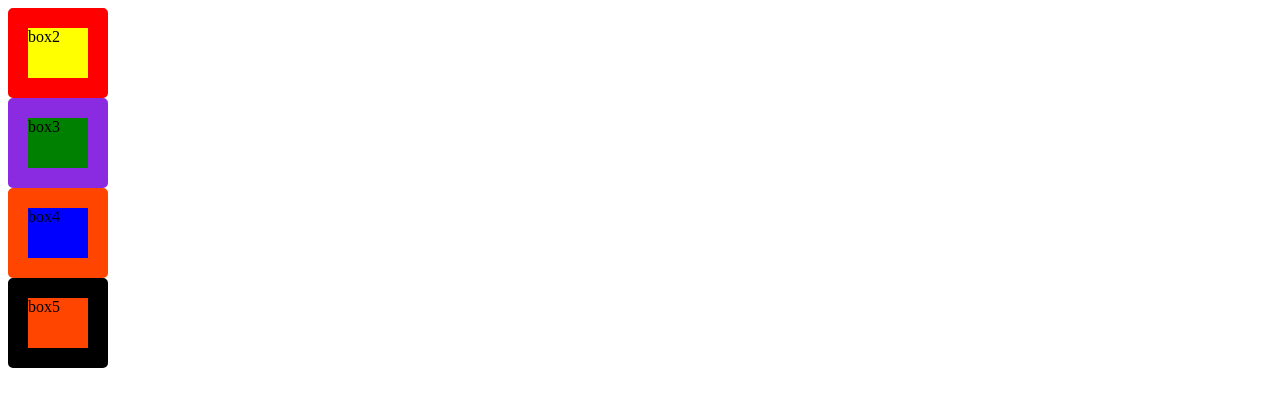
Repository: ABDUSALIMSUBAHIELBASHI/full-html-css-js
Page: Desktop/coding/css/indexday2.html
An editor plug-in stored every save of this project. The page is shown before and after the next save, followed by the edit.
The browser window is 1280 px wide. The pictures show the whole page.

Above is the page before, as saved 2025-09-16 11:01:57.

### Desktop/coding/css/indexday2.html
<!DOCTYPE html>
<html lang="en">

<head>
    <meta charset="UTF-8">
    <link rel="stylesheet" href="/indexday2.css">

    <title>Document</title>
</head>
<body>
<div id="box" class="container">
    <div id="box" class="box2">box2</div>
    <div id="box" class="box3">box3</div>
    <div id="box" class="box4">box4</div>
    <div id="box" class="box5">box5</div>
</div>
</body>

</html>

### Desktop/coding/css/indexday2.css
.container{
    display: flex;
    flex-wrap: wrap;
    /* gap: 20px; */
    height: 80vh;
    justify-content: space-evenly;
    align-items: center;
}
#box{
    width: 100px;
    height: 50px;
}
.box2{
    background-color: yellow;
    width: 100px;
    height: 50px;
    border-radius: 5px;
    border: 20px solid red;
}
.box3{
 background-color:green;
    width: 100px;
    height: 50px;
    border-radius: 5px;
    border: 20px solid blueviolet;
}

.box4{
 background-color: blue;
    width: 100px;
    height: 50px;
    border-radius: 5px;
    border: 20px solid orangered;
}

.box5{
 background-color: orangered;
    width: 100px;
    height: 50px;
    border-radius: 5px;
    border: 20px solid black;
}

After the next save:
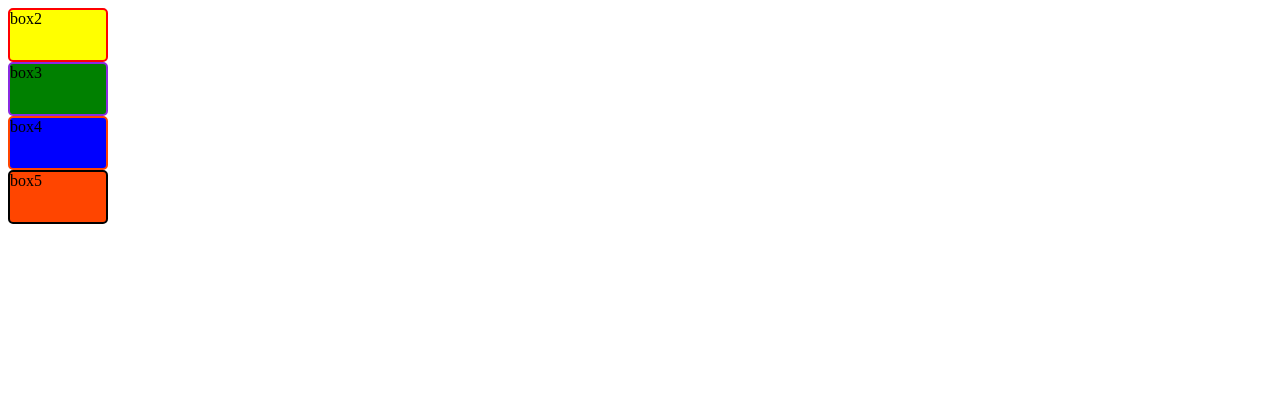
Saved 52 s later.
--- a/Desktop/coding/css/indexday2.css
+++ b/Desktop/coding/css/indexday2.css
@@ -15,14 +15,14 @@
     width: 100px;
     height: 50px;
     border-radius: 5px;
-    border: 20px solid red;
+    border: 2px solid red;
 }
 .box3{
  background-color:green;
     width: 100px;
     height: 50px;
     border-radius: 5px;
-    border: 20px solid blueviolet;
+    border: 2px solid blueviolet;
 }
 
 .box4{
@@ -30,7 +30,7 @@
     width: 100px;
     height: 50px;
     border-radius: 5px;
-    border: 20px solid orangered;
+    border: 2px solid orangered;
 }
 
 .box5{
@@ -38,5 +38,5 @@
     width: 100px;
     height: 50px;
     border-radius: 5px;
-    border: 20px solid black;
+    border: 2px solid black;
 }
